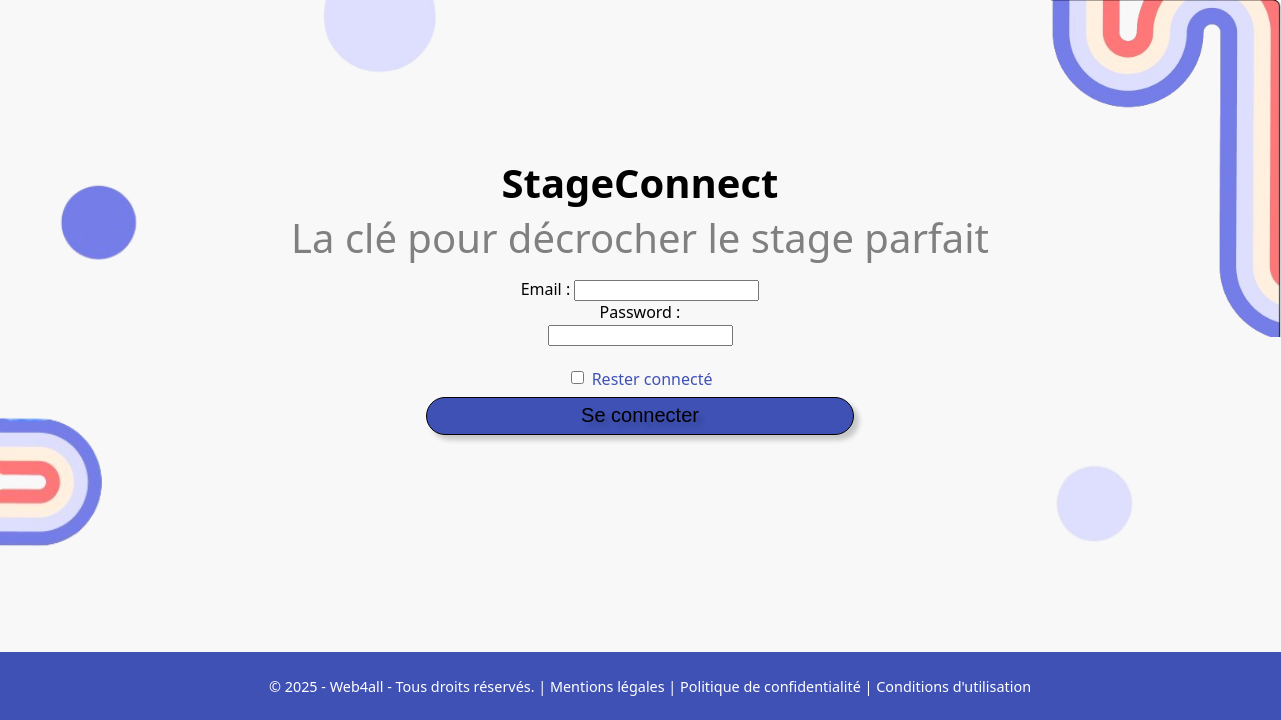
Repository: Guyllem/GroupeWeb
Page: pages/connexion.html
The author's editor kept a copy of each file at every save. The page is drawn from the files as they stood at one save, then again after a run of saves.
The browser window is 1280 px wide. The page is 1281 px wide, so the pictures cover 1281 px, including what lies to the right of the window. The pictures show the whole page.

Above is the page before, as saved 2025-02-13 18:27:39.

After the next 3 saves:
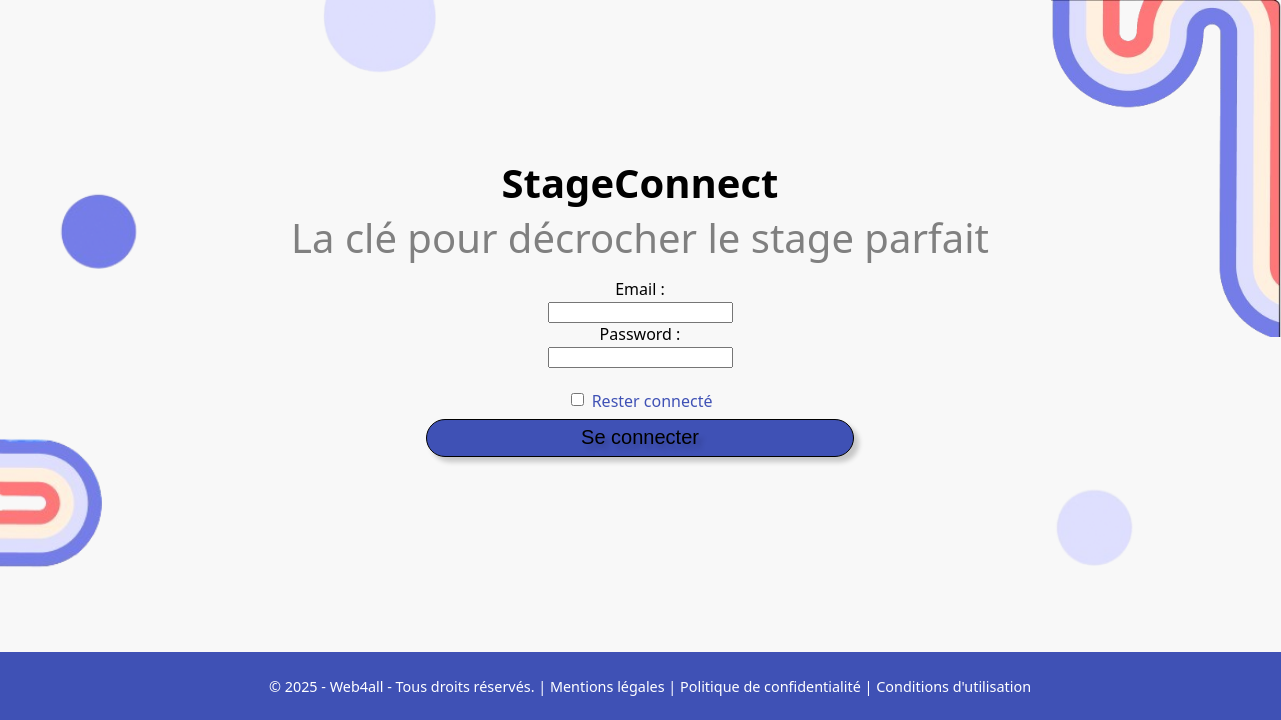
The 3 saves are shown as one change because they came seconds apart.
The last was saved 11 s later.
--- a/pages/connexion.html
+++ b/pages/connexion.html
@@ -17,7 +17,7 @@
     <main>
         <form>
             <div class="email-form">
-                <label for="password">Email :</label>
+                <label for="password">Email :</label><br/>
                 <input type="password" id="password">
             </div>
             <div class="password-form">
